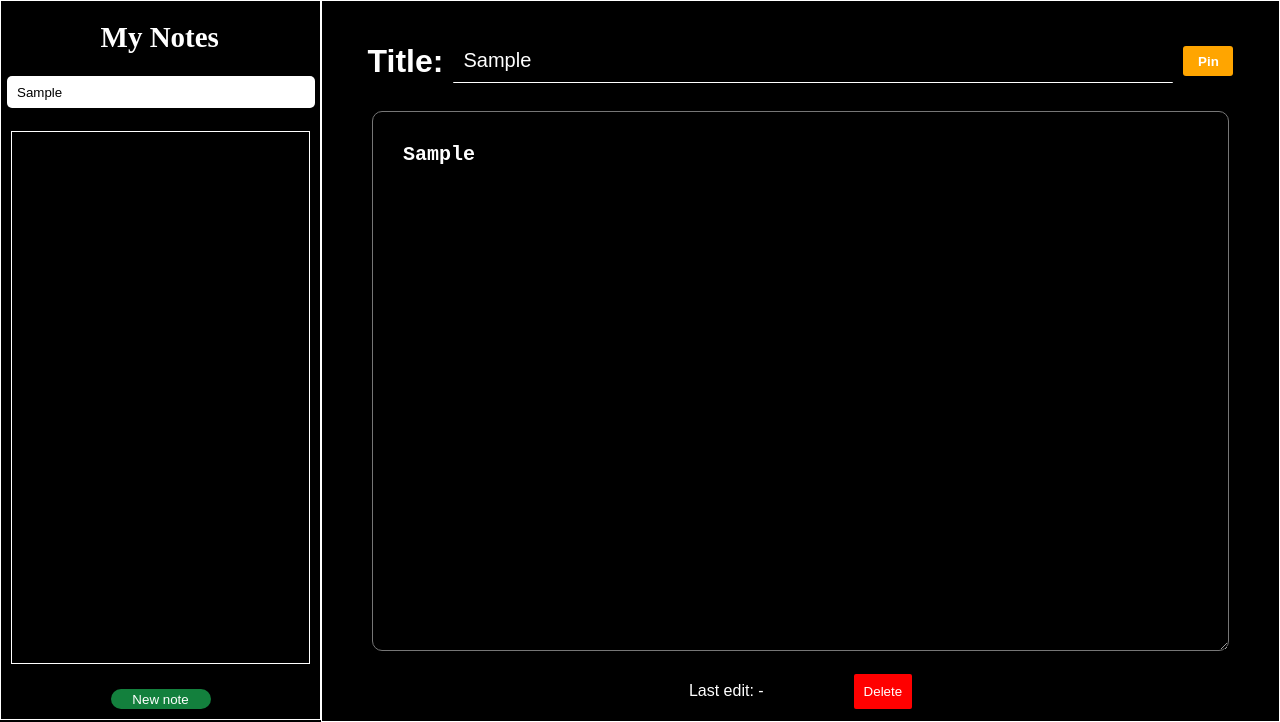
Repository: dmpelaez/myNotes
Page: QuickNotes.html
The author's editor kept a copy of each file at every save. The page is drawn from the files as they stood at one save, then again after the next save.
The browser window is 1280 px wide. The pictures show the whole page.
Empty fields were first filled with sample values (such as "Sample", 5 or name@example.com).
After loading, the first visible `button.delete-btn` was clicked once.

Above is the page before, as saved 2025-12-19 10:44:10.
Console error: ReferenceError: showModal is not defined

### QuickNotes.html
<!DOCTYPE html>

  <html>

    <head>

      <title>Quick Notes</title>

      <!--CSS LINK-->
      <link rel="stylesheet" href="QuickNotes.css">
    </head>
    <body>

      <!--Note section-->
      <aside class="aside-section">

        <!--My notes part-->
        <div class="myNotes">
          <p class="my-notes-text">My Notes</p>
        </div>
        <!--Search notes-->
        <div class="input-box">
          <input class="input" placeholder="Search notes..." oninput="renderNotes()">
        </div>
        <!--Notes-->
        <div class="note-list"></div>
        <!--add button-->
        <button class="add-button" onclick="addNote()">New note</button>

      </aside>

      <!---Typing section-->
      <main class="main-section">

        <!--Header-->
        <div class="header-section">
          <h1>Title:</h1>
          <input class="title-notes" placeholder="Untitled Note" oninput="currentUpdate()">
          <button class="pin-btn" onclick="togglePin()">Pin</button>
        </div>

        <!--text area-->
        <div class="texting-area">
          <textarea class="textarea" placeholder="Start typing..." oninput="currentUpdate()"></textarea>
        </div>

        <!---Delete button-->
        <div class="delete">
          <span class="edit">Last edit: -</span>
          <button class="delete-btn" onclick="showModal()">Delete</button>
        </div>

        <div class="delete-confirm">

          <div class="modal-delete">
            <h1>Are you sure?</h1>
            <p class="sure-text">Are you sure you want to delete the note permanently?</p>
            You can't undo this action.
          </div>

          <!--delete and cancel button-->
          <div class="btn-section">
            <button class="cancel-btn" onclick="cancelModal()">Cancel</button>
            <button class="remove-btn" onclick="remove()">Remove</button>
          </div>


        </div>

      </main>

    <script src="QuickNote.js"></script>
    </body>

  </html>

### QuickNotes.css
body {
  margin: 0;
  padding: 0;
  background: black;
  box-sizing: border-box;
  display: Flex;
  height: 100vh;
}
* {
  color: rgb(255, 255, 255);
}
.aside-section {
  border: 1px solid white;
  display: grid;
  width: 400px;
  grid-template-rows: 40px 30px 1fr 20px;
  padding: 10px;
  gap: 25px;

}

.my-notes-text {
  display: flex;
  margin: 0px;
  justify-self: center;
  align-self: center;
  margin-top: 10px;
}
.note-list {
  flex: 1;
  overflow-y: auto;
 overflow-x: none;
 border: 1px solid white;

}
.note-list::-webkit-scrollbar {
  display: none;
}

.note-item {
  border: 1px solid #333;
  padding: 1rem;
  position: relative;
  display: flex;
  flex-direction: column;
}
.note-item.active {
  background-color: #333;

}

.note-item h1 {
  font-size: 0.8rem;
  word-wrap: break-word;
  overflow-wrap: break-word;

}
.icon-pin {
  color: rgb(250, 0, 0);
  position: absolute;
  right: 0;
  bottom: 54%;
}

.my-notes-text {
  font-weight: bold;
  font-size: 29px;
  flex-shrink: 0;
  width: 120px;
}

.input {
  color: black;
  display: flex;
  align-self: center;
  justify-self: center;
  Width: 99%;
  height: 100%;
  border-radius: 5px;
  border: none;
  outline: none;
  padding-left: 10px;
  margin-left: 1px;
}
.input::placeholder {
  padding-left: 1px;

}

.add-button {
  width: 100px;
  display: flex;
  justify-self: center;
  background: rgb(19, 128, 61);
  border: none;
  border-radius: 10px;
  color: white;
  font-family: arial;
  align-items: center;
  justify-content: center;
  cursor: pointer;
}



.main-section {

  left: 26.5%;
  border: 1px solid white;
  right: 0px;
  height: 100%;
  display: grid;
  grid-template-rows: 70px 1fr 30px;
  gap: 40px;
  width: 100%;
}

.header-section {
  display: flex;
  justify-self: center;
  align-self: center;
  gap: 10px;
  margin-top: 50px;
  align-items: center;
  padding-left: 20px;
  padding-right: 20px;
}
.title-notes {
  width: 700px;
  padding: 10px;
  border-radius: 1px;
  background: none;
  border: none;
  border-bottom: 1px solid white;
  outline: none;
 font-size: 20px;
 font-family: arial;
}

.title-notes::placeholder {
  color: white;
  font-family: arial;
  font-size: 20px;

}

.pin-btn {
  background: orange;
  border: none;
  border-radius: 3px;
  font-family: arial;
  font-weight: bold;
  width: 50px;
  height: 30px
}

.texting-area {
  display: flex;
  padding-right: 50px;
  padding-left: 50px;
}
.textarea {
  background: black;
  outline: none;
  display: flex;
  width: 100%;
  padding-left: 30px;
  padding-right: 80px;
  padding-top: 30px;
  line-height: 25px;
  font-size: 20px;
  font-weight: bold;
  border-radius: 10px;
}

.delete {
  display: flex;
  justify-content: center;
  align-items: center;
  gap: 90px;
  margin-bottom: 40px;

}
.delete-btn {
  background: red;
  border: none;
  border-radius: 2px;
  padding: 10px;
  cursor: pointer;
}
.edit {
  font-family: arial;
}

.delete-confirm {
  display: none;
  pointer-events: none;

}

.delete-confirm.active {
  position: absolute;
  left: 20%;
  top: 20%;
  display: flex;
  background: rgb(59, 58, 58);
  border-radius: 10px;
  flex-direction: column;
  align-items: center;
  justify-content: center;
  padding: 10px;
  height: 200px;
  pointer-events: auto;
  cursor: pointer;
}
.modal-delete {
  padding: 20px;
  display: flex;
  flex-direction: column;
  align-items: center;
  font-family: arial;

}
h1 {
  display: flex;
  justify-self: center;
  margin: 0px;
  font-family: arial;
}
.sure-text {
  margin: 0px;
  margin-top: 10px;
  font-family: arial;
}


.btn-section {
  display: flex;
  gap: 10px;
}

.cancel-btn {
  background: gray;
  border: none;
  border-radius: 5px;
  font-weight: bold;
  padding: 10px;
  cursor: pointer;
}
.remove-btn {
  background: red;
  border: none;
  border-radius: 5px;
  font-family: arial;
  font-weight: bold;
  cursor: pointer;
}

### QuickNote.js
//Aside section
const input = document.querySelector('.input');
const noteList = document.querySelector('.note-list');
const addBtn = document.querySelector('.add-button');

//Main section
const titleNotes = document.querySelector('.title-notes');
const pinBtn = document.querySelector('.pin-btn');
const textArea = document.querySelector('.textarea');

//delete button section
const btnDelete = document.querySelector('.delete-btn');
const edit = document.querySelector('.edit');

//delete confirm
const deleteConfirm = document.querySelector('.delete-confirm');

//remove and cancel button
const cancelBtn = document.querySelector('.cancel-btn');
const removeBtn = document.querySelector('.remove-btn');


//save notes

let notes = JSON.parse(localStorage.getItem('notes') || "[]");
let currentId = null;

//save storage
function saveNotes() {
  localStorage.setItem('notes', JSON.stringify(notes));
}


function addNote() {
  const newNotes = {
    id: Date.now(),
    title: "",
    content: "",
    date: new Date().toLocaleString(),
    pinned: false
  };
  notes.unshift(newNotes);
  currentId = newNotes.id;
  saveNotes();
  console.log('working')
}

function renderNotes() {
  const query = input.value;
  noteList.value = '';

  const pinned = notes.filter(n => n.pinned);
  const others = notes.filter(n => !n.pinned);

  const filtered = [...pinned, ...others].filter(n => {
    n.title.toLowerCase().includes(query) || n.content.toLowerCase().includes(query)
  });


  for (let note of filtered) {
    const div = document.createElement("div");
    div.className = "note-item" + (note.pinned ? " active" : "");
    div.onclick = selectNote(note.id);
    div.innerHTML = `
    <h1>${note.title}</h1>
    <small>${note.date}</small>
    ${note.pinned ? '<span class="icon-pin">📌</span>' : ''}
    `;
    noteList.appendChild(div);
  };
  saveNotes();
  console.log('working')
}


function selectNote(id){
  const note = notes.find(note => note.id === currentId);
  if (!note);
  currentId = null;
  console.log(note.id);
}

renderNotes();

After the next save:
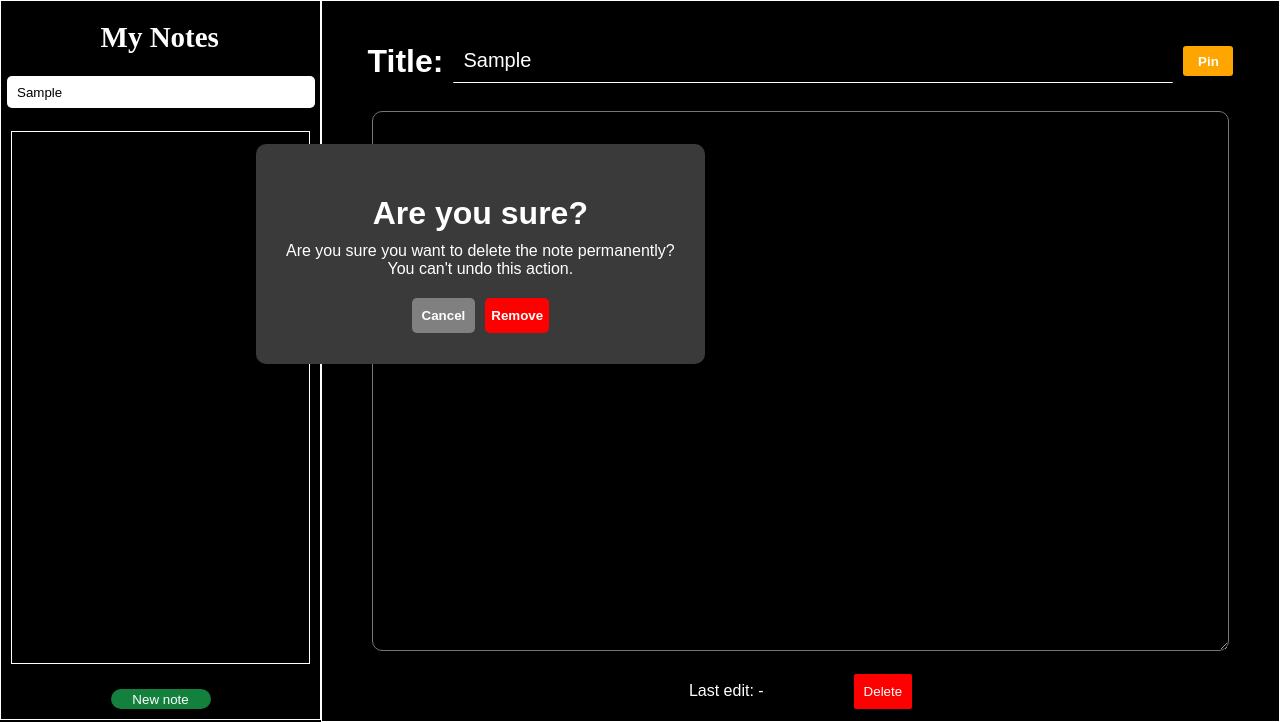
The error is gone.
Saved 37 s later.
--- a/QuickNote.js
+++ b/QuickNote.js
@@ -80,4 +80,8 @@ function selectNote(id){
   console.log(note.id);
 }
 
+function showModal() {
+  deleteConfirm.classList.add("active");
+}
+
 renderNotes();
